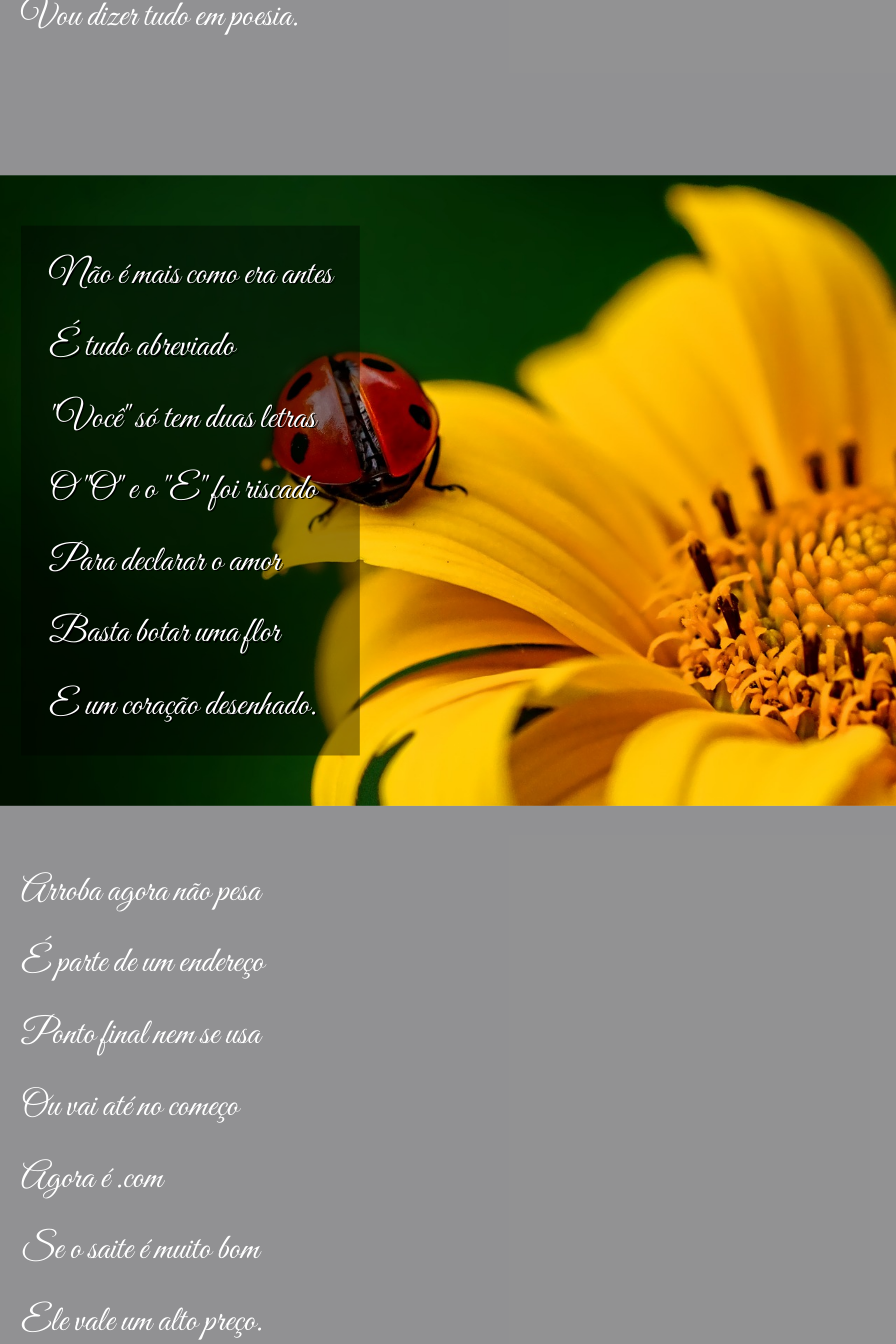
Repository: Lucianorodriguesdev/cursoHTML-CSS
Page: dasafios/index.html
These files come from the project's save history. The page is drawn as it stood at one moment and after the next save; the edit follows.
The browser window is 1280 px wide. The pictures show the part of the page from y = 986 to 2906 px (the page is 6642 px tall), at 70% of full size.

Above is the page before, as saved 2026-06-17 10:36:10.

After the next save:
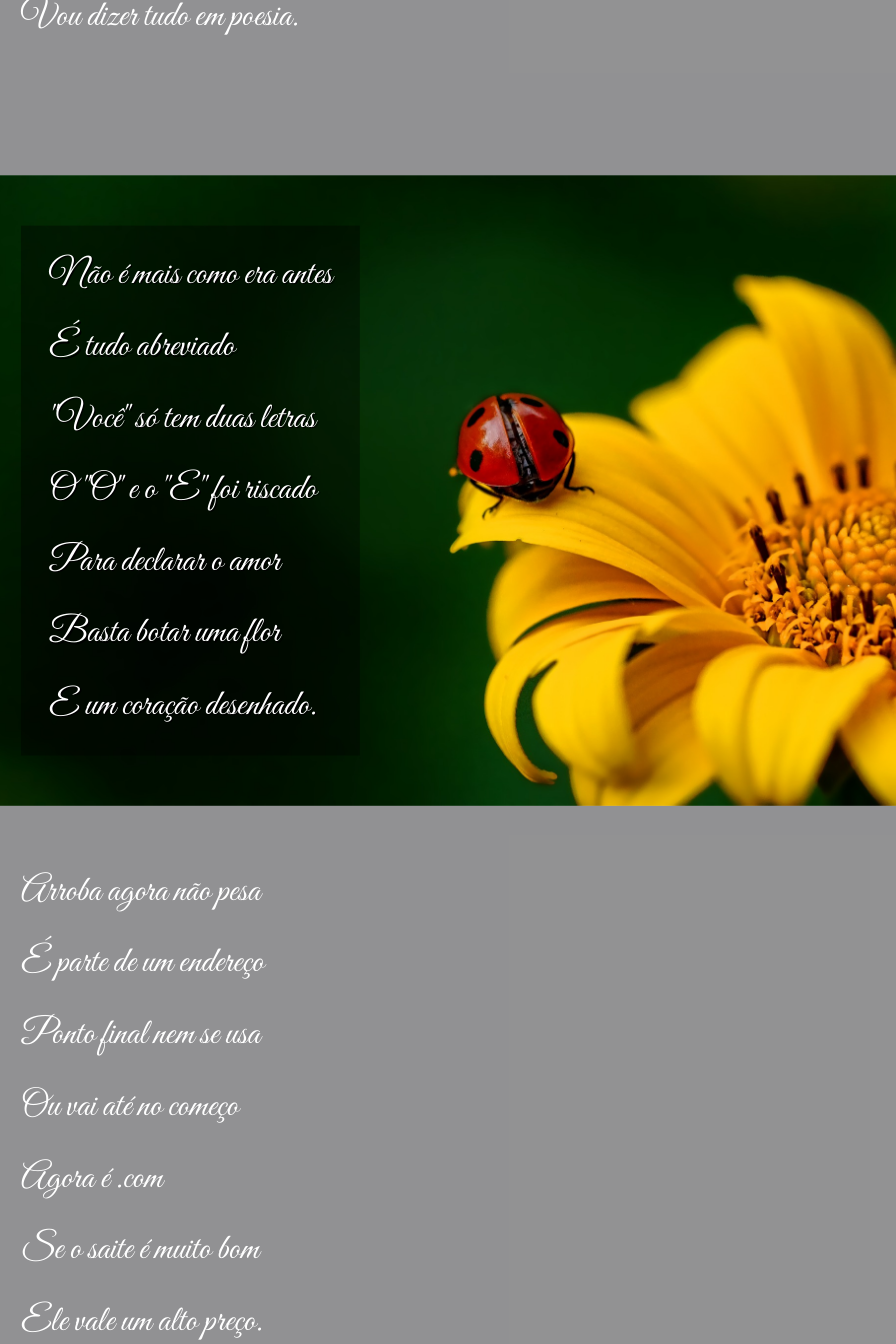
Saved 47 s later.
--- a/dasafios/estilo/style.css
+++ b/dasafios/estilo/style.css
@@ -57,9 +57,11 @@ section#img01{
     background-image: url('/d012/background001.jpg');
     color: white;
     background-position: right center;
+    background-size: cover;
 }
 section#img02{
 background-image: url('/d012/background002.jpg');
+ background-size: cover;
 }
 section.imagem>p{
     display:inline-block;
